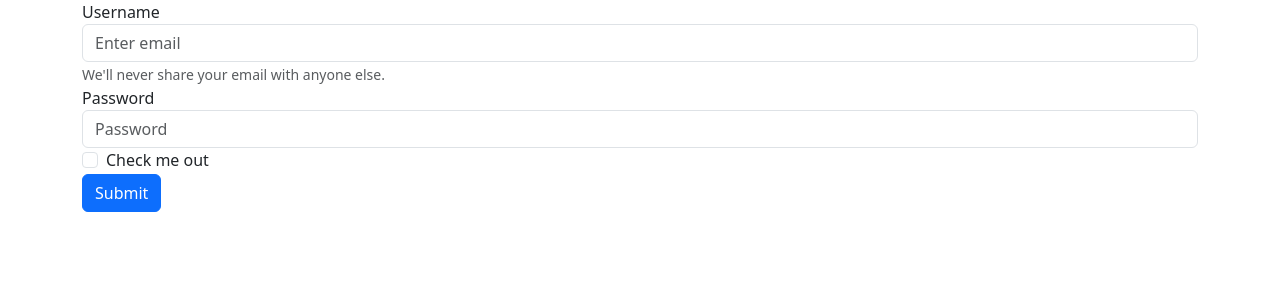
Repository: vnmk1/jsp_servlet-tutorials
Page: http://localhost/Bai6_BaiTapJSP3/login.jsp
These files come from the project's save history. The page is drawn as it stood at one moment and after the next save; the edit follows.
The browser window is 1280 px wide. The pictures show the whole page.
The page is served by Tomcat 9.

Above is the page before, as saved 2023-07-19 07:48:44.

### Bai6_BaiTapJSP3/src/main/webapp/login.jsp
<%@ page language="java" contentType="text/html; charset=UTF-8"
	pageEncoding="UTF-8"%>
<!DOCTYPE html>
<html>
<head>
<meta charset="UTF-8">
<title>Bài 6 - BTJSP3</title>
<link
	href="https://cdn.jsdelivr.net/npm/bootstrap@5.3.0/dist/css/bootstrap.min.css"
	rel="stylesheet"
	integrity="sha384-9ndCyUaIbzAi2FUVXJi0CjmCapSmO7SnpJef0486qhLnuZ2cdeRhO02iuK6FUUVM"
	crossorigin="anonymous">
<script
	src="https://cdn.jsdelivr.net/npm/@popperjs/core@2.11.8/dist/umd/popper.min.js"
	integrity="sha384-I7E8VVD/ismYTF4hNIPjVp/Zjvgyol6VFvRkX/vR+Vc4jQkC+hVqc2pM8ODewa9r"
	crossorigin="anonymous"></script>
<script
	src="https://cdn.jsdelivr.net/npm/bootstrap@5.3.0/dist/js/bootstrap.min.js"
	integrity="sha384-fbbOQedDUMZZ5KreZpsbe1LCZPVmfTnH7ois6mU1QK+m14rQ1l2bGBq41eYeM/fS"
	crossorigin="anonymous"></script>
</head>
<body>
	<div class="container">
		<form>
			<div class="form-group">
				<label for="usernam">Username</label> <input
					type="email" class="form-control" id="exampleInputEmail1"
					aria-describedby="emailHelp" placeholder="Enter email"> <small
					id="emailHelp" class="form-text text-muted">We'll never
					share your email with anyone else.</small>
			</div>
			<div class="form-group">
				<label for="exampleInputPassword1">Password</label> <input
					type="password" class="form-control" id="exampleInputPassword1"
					placeholder="Password">
			</div>
			<div class="form-group form-check">
				<input type="checkbox" class="form-check-input" id="exampleCheck1">
				<label class="form-check-label" for="exampleCheck1">Check me
					out</label>
			</div>
			<button type="submit" class="btn btn-primary">Submit</button>
		</form>
	</div>
</body>
</html>

After the next save:
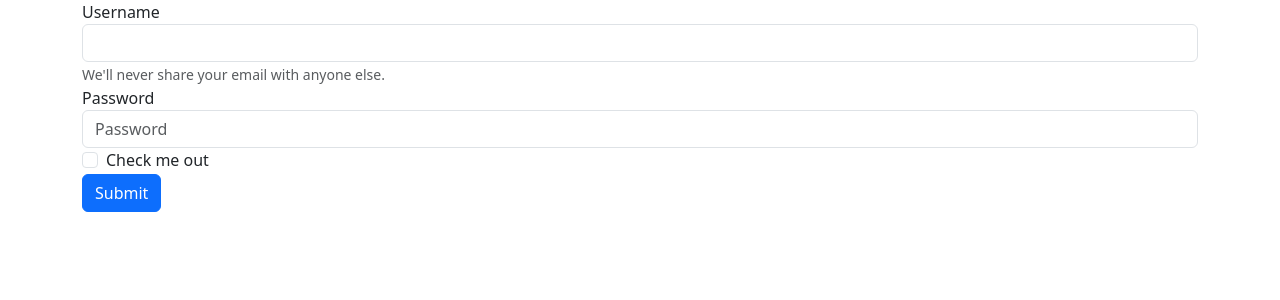
Saved 82 s later.
--- a/Bai6_BaiTapJSP3/src/main/webapp/login.jsp
+++ b/Bai6_BaiTapJSP3/src/main/webapp/login.jsp
@@ -23,9 +23,8 @@
 	<div class="container">
 		<form>
 			<div class="form-group">
-				<label for="usernam">Username</label> <input
-					type="email" class="form-control" id="exampleInputEmail1"
-					aria-describedby="emailHelp" placeholder="Enter email"> <small
+				<label for="username">Username</label> <input type="text"
+					class="form-control" id="username" name="username"> <small
 					id="emailHelp" class="form-text text-muted">We'll never
 					share your email with anyone else.</small>
 			</div>
